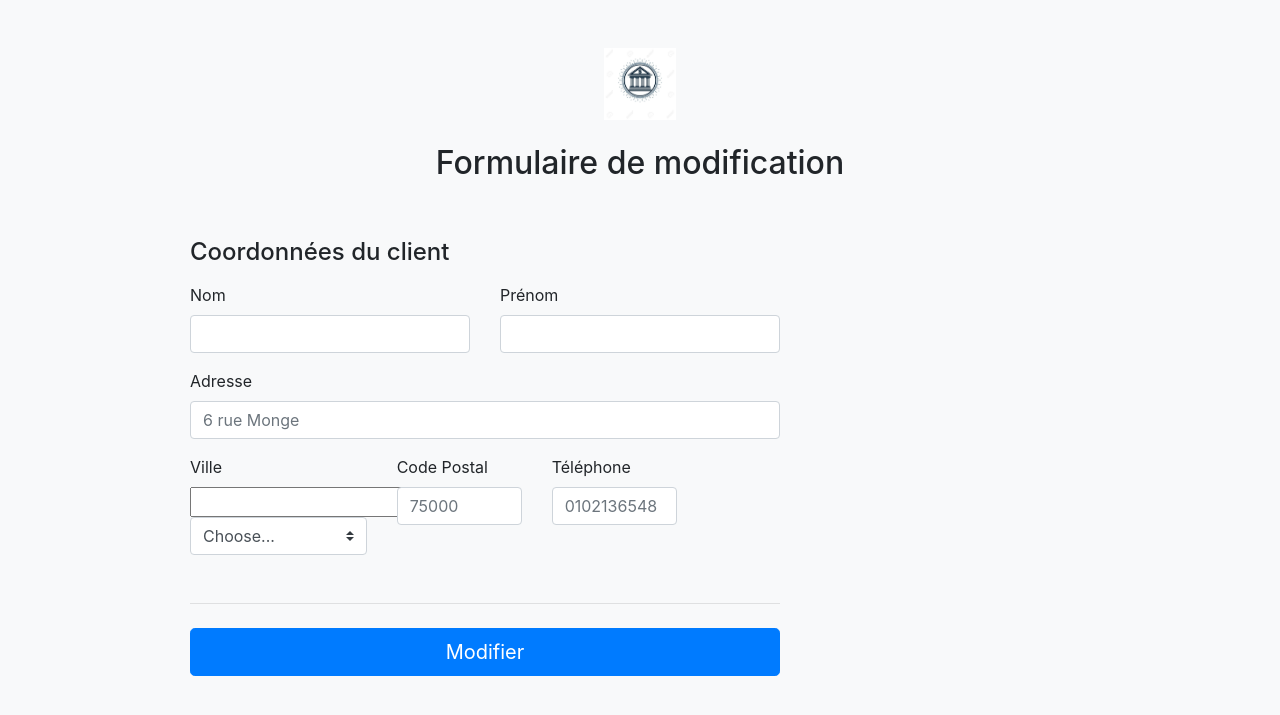
Repository: liiiseee/Projet
Page: http://localhost/02_projet_gestion_clients_compte/modifier-client.jsp
An editor plug-in stored every save of this project. The page is shown before and after the next save, followed by the edit.
The browser window is 1280 px wide. The pictures show the whole page.
The page is served by Tomcat 9. The template is opened directly, without the code that normally fills it, so the values that code supplies are empty.

Above is the page before, as saved 2020-03-29 10:19:24.

After the next save:
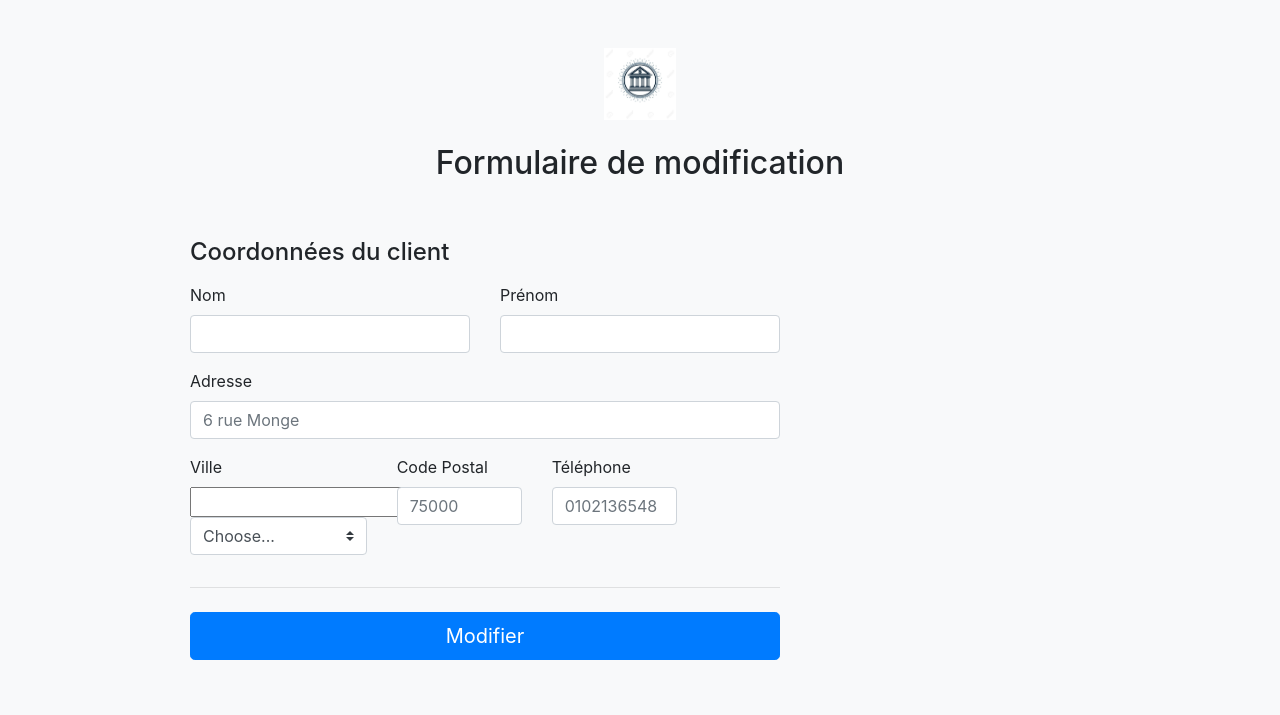
Saved 106 s later.
--- a/02_projet_gestion_clients_compte/WebContent/modifier-client.jsp
+++ b/02_projet_gestion_clients_compte/WebContent/modifier-client.jsp
@@ -107,7 +107,7 @@
             <input type="text" class="form-control" id="" placeholder="0102136548" name="pTelelphone" value="${client.getTelephone}" required>
 
           </div>
-          <div class="col-md-3 mb-3">
+          <div>
             <input type="hidden" name="pIdClient" value="${client.getIdClient}" />
 
           </div>
